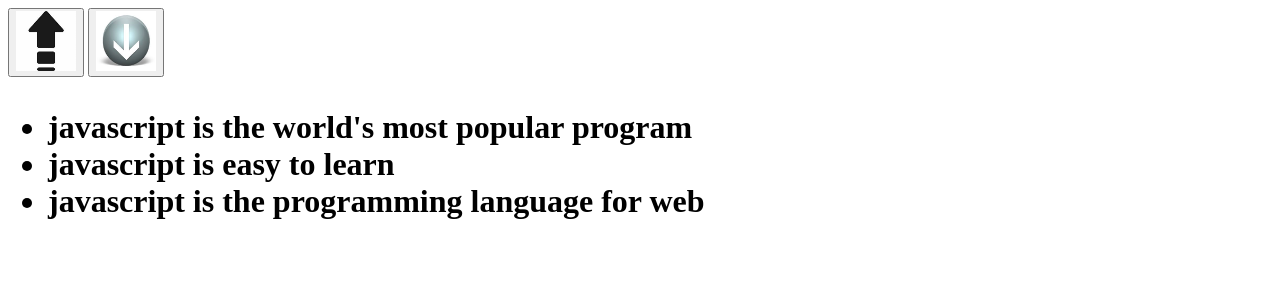
Repository: Balamurugan1914/crud_operation_without_db
Page: Java_Script_Example/src/main/webapp/domparsing.html
The author's editor kept a copy of each file at every save. The page is drawn from the files as they stood at one save, then again after the next save.
The browser window is 1280 px wide. The pictures show the whole page.
After loading, the first visible `#incbtn` was clicked once.

Above is the page before, as saved 2022-06-28 12:26:09.

After the next save:
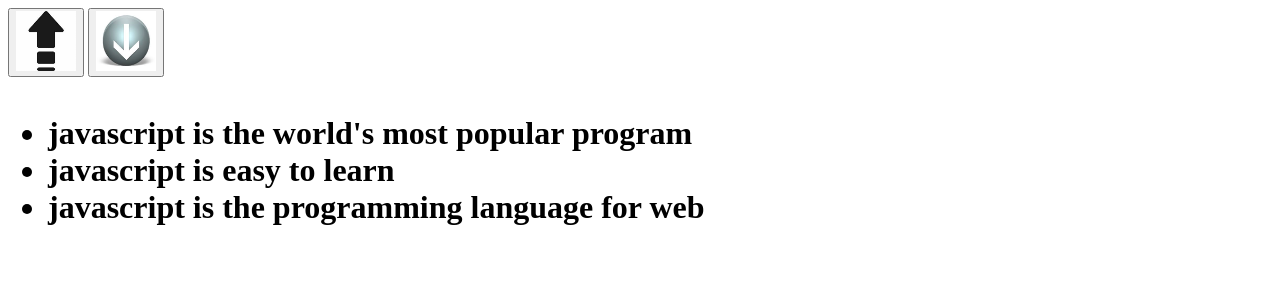
Saved 116 s later.
--- a/Java_Script_Example/src/main/webapp/domparsing.html
+++ b/Java_Script_Example/src/main/webapp/domparsing.html
@@ -13,7 +13,8 @@
 
 .fontsizeup{
 
-font-size: inherit;
+font-size: 1.2em;
+
 
 }
 

After the save that followed:
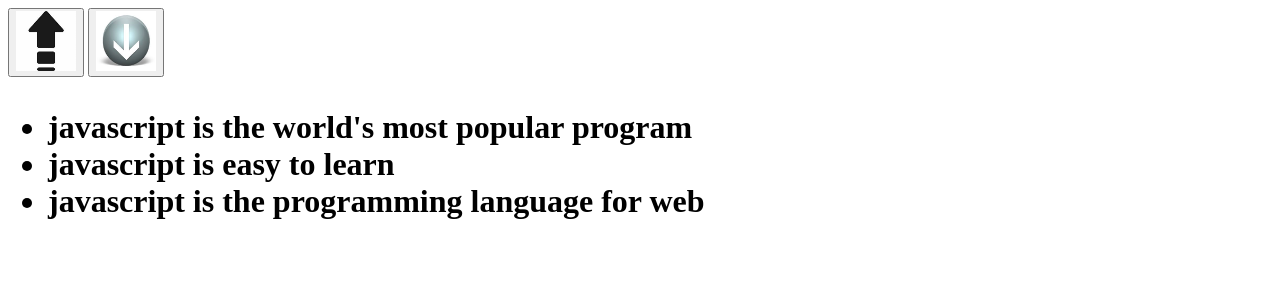
Saved 44 s later.
--- a/Java_Script_Example/src/main/webapp/domparsing.html
+++ b/Java_Script_Example/src/main/webapp/domparsing.html
@@ -13,7 +13,7 @@
 
 .fontsizeup{
 
-font-size: 1.2em;
+font-size: 0.5em;
 
 
 }
